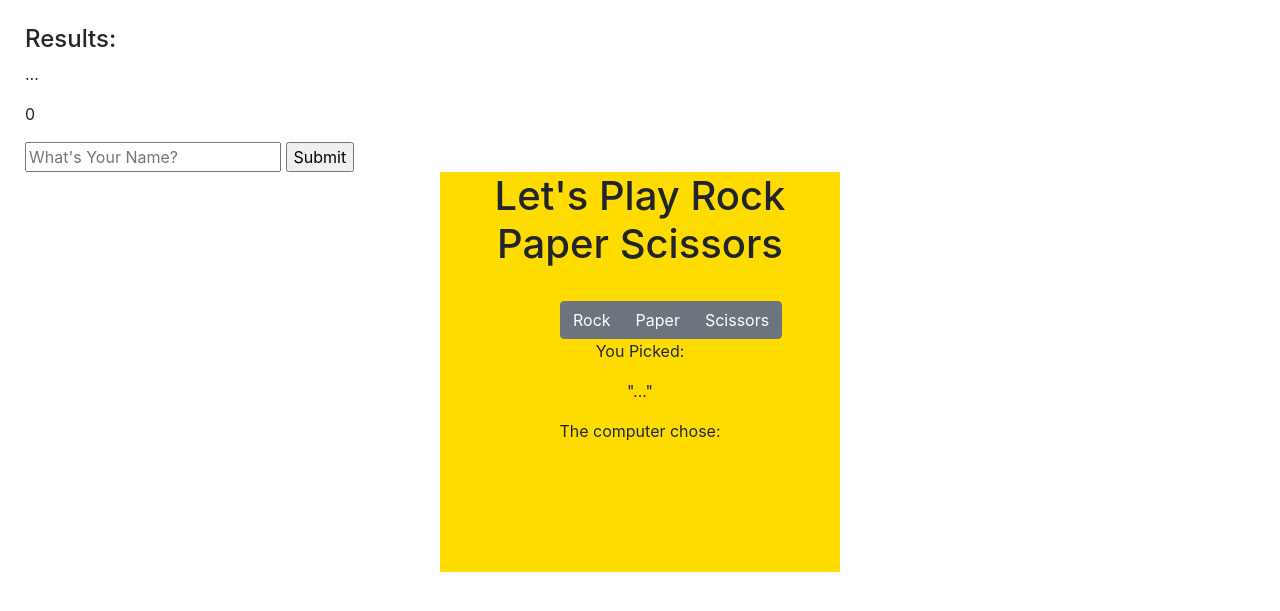
Repository: mskurnickcode/coupleDo
Page: http://localhost/
The author's editor kept a record of every edit. The page is drawn from the files as they stood at one moment, then again after the next edit.
The browser window is 1280 px wide. The pictures show the whole page.
The page is served by the project's application, run on Flask 3 (Rock/application.py).

Above is the page before.

### ubuntu/Rock/templates/index.html
<!DOCTYPE HTML>

<html lang="en">
    <head>
        <title>Rock Paper Scissors</title>
        <link href="static/css_image/styles.css" rel="stylesheet">
        <link href="https://stackpath.bootstrapcdn.com/bootstrap/4.5.0/css/bootstrap.min.css" rel="stylesheet">
    </head>
    <body>
        <div class="resultBox">
            <h4>Results:</h4>
            <p id ="win">...</p>
            <form action= "/" method = "post">
                <p name = "score" id ="winCount">0</p>
                <input id="name" name="name" type = "text" placeholder="What's Your Name?">
                <input id="submit" type = "submit">
            </form>
        </div>
        <div class= "center">
            <div class="title">
                <h1>Let's Play Rock Paper Scissors</h1>
            </div>
            <div id= "btn-grp" class="btn-group" role="group" aria-label="Basic example">
                <button id="rock" type="button" class="btn btn-secondary">Rock</button>
                <button id="paper" type="button" class="btn btn-secondary">Paper</button>
                <button id="scissors" type="button" class="btn btn-secondary">Scissors</button>
            </div>
            <div class="answer">
                <p>You Picked:</p><p id= "answer"> "..." </p>
                <p class = "compAnswer"> The computer chose: </p>
                <p id= "compAnswer"></p>
            </div>
        </div>
        <script src="static/css_image/rps.js"></script>
    </body>

### ubuntu/Rock/application.py
from flask import Flask, redirect, render_template, request
from cs50 import SQL

app = Flask(__name__)

leaders = []

@app.route("/", methods = ["GET", "POST"])
def add():
    if request.method == "GET":
        return render_template("/index.html")
    else:
        leader = request.form.get("name")
        leaders.append(leader)
        return redirect("/leaderboard")

@app.route("/leaderboard")
def leaderboard ():
    return render_template("leaderboard.html", leaders = leaders)

### ubuntu/Rock/static/css_image/styles.css
* {
  box-sizing: border-box;
}

body {
padding: 25px;
}

.center {
  background-color: #FFDC00;
  width: 400px;
  height: 400px;
  margin: 0 auto;
  text-align: center;
}

.btn-group {
  padding-top: 25px;
  display: block;
  margin-left: auto;
  margin-right: auto;
  width: 40%;
}

### ubuntu/Rock/static/css_image/rps.js
var comp = document.createElement("BUTTON");
var node = document.createTextNode("This is a new paragraph.");
var element = document.getElementById("compAnswer");
let answers = ["Rock", "Paper", "Scissors"];

var total_wins = 0;

function random() { return Math.floor(Math.random() * 3-1) + 1;}

let answer = document.querySelector('#answer')
        document.querySelector('#rock').onclick = function() {
            answer.innerHTML = "Rock";
            comp.appendChild(node);
            let int = random ()
            comp.innerHTML= answers[int]
            element.appendChild(comp);

            let a = answer.innerHTML;
            let b = comp.innerHTML;
            let result = winner(a,b);

            update_results(result, total_wins)

        }
        document.querySelector('#paper').onclick = function() {
            answer.innerHTML = "Paper"
            comp.appendChild(node);
            let int = random ()
            comp.innerHTML= answers[int]
            element.appendChild(comp);

            let a = answer.innerHTML;
            let b = comp.innerHTML;
            let result = winner(a,b);

            update_results(result, total_wins)
        }
        document.querySelector('#scissors').onclick = function() {
            answer.innerHTML="Scissors"
            comp.appendChild(node);
            let int = random ()
            comp.innerHTML= answers[int]
            element.appendChild(comp);

            let a = answer.innerHTML;
            let b = comp.innerHTML;
            let result = winner(a,b);

            update_results(result, total_wins)
        }


function winner (a,b) {
    var awins = 0;
    var alosses = 0;
    var ties = 0;

    if(a == b) ties++;
    else {
             if(a=="Rock" && b=="Scissors") awins++;
        else if(a=="Rock" && b=="Paper") alosses++;
        else if(a=="Paper" && b=="Scissors") alosses++;
        else if(a=="Paper" && b=="Rock") awins++;
        else if(a=="Scissors" && b=="Paper") awins++;
        else if(a=="Scissors" && b=="Rock") alosses++;
    }

    if (awins > 0) {
        total_wins++;
        return "You Win"
    }

    if (alosses > 0) {
        return "You Lose"
    }

    if (ties > 0) {
        return "It's a tie"
    }
}


function update_results (result, total_wins) {

    var element = document.getElementById("win");
    element.innerHTML= result

    if (result == "You Win") {
        var winCount = document.getElementById("winCount")
        winCount.innerHTML = total_wins
    }
}

After the next edit:
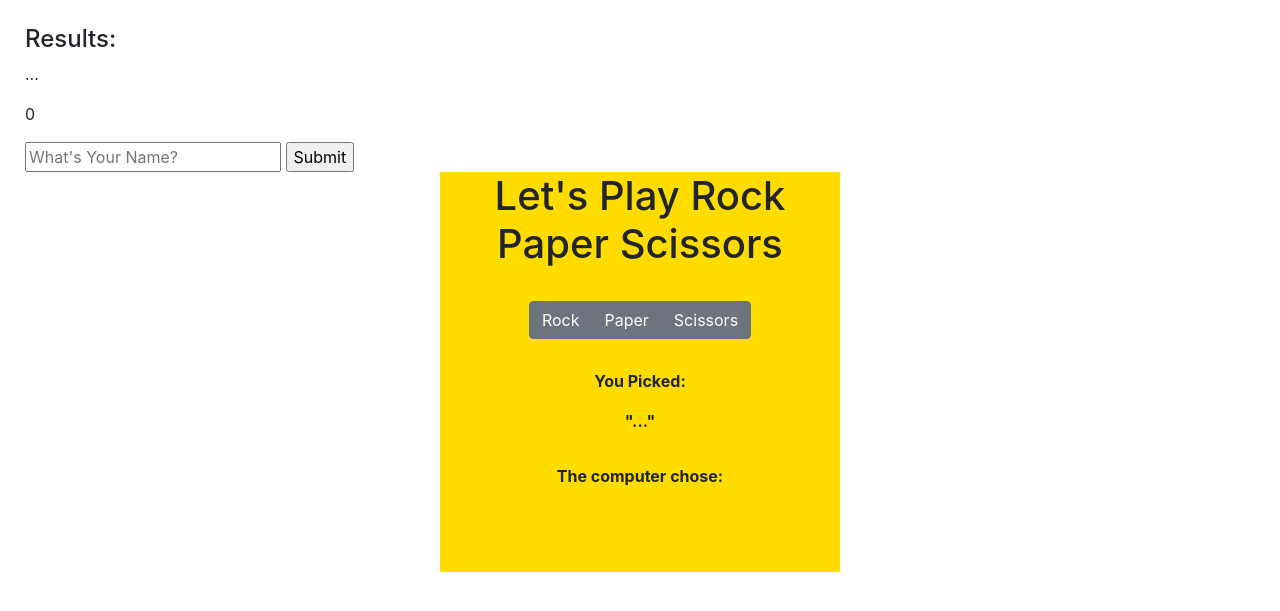
The edit:
--- a/ubuntu/Rock/static/css_image/styles.css
+++ b/ubuntu/Rock/static/css_image/styles.css
@@ -19,5 +19,18 @@
   display: block;
   margin-left: auto;
   margin-right: auto;
-  width: 40%;
 }
+
+.answer {
+  padding-top: 30px;
+  font-weight: bold;
+}
+
+.compAnswer {
+  padding-top: 15px;
+}
+
+.media {
+  height: 75px;
+  width: 75px;
+}
